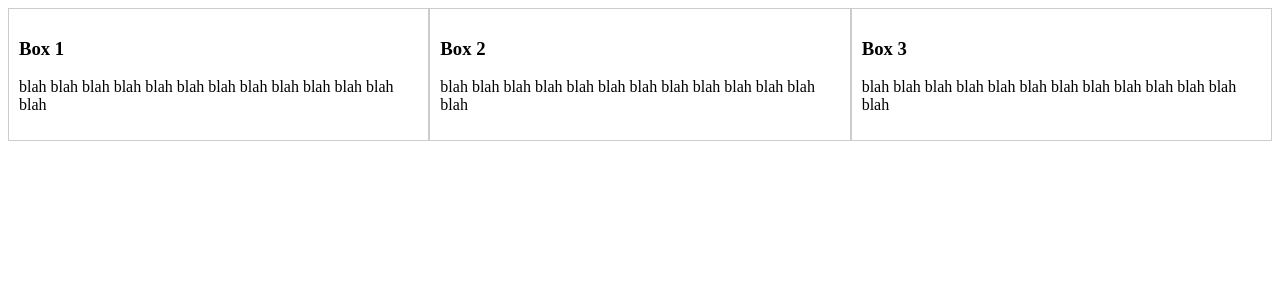
Repository: SHH17HX0r/final-project-10-20
Page: Tom Prigg Dev Portofolio/flex.html
An editor plug-in stored every save of this project. The page is shown before and after the next save, followed by the edit.
The browser window is 1280 px wide. The pictures show the whole page.

Above is the page before, as saved 2020-11-17 00:59:52.

### Tom Prigg Dev Portofolio/flex.html
<!-- This is just a code section for me to refer back to some Flexbox snippets.  -->
<!DOCTYPE html>
<html lang="en">
  <head>
    <meta charset="UTF-8" />
    <meta name="viewport" content="width=device-width, initial-scale=1.0" />
    <title>Flexbox Snippets</title>

    <style>
      .container-1 {
        display: flex;
      }
      .container-1 div {
        border: 1px #ccc solid;
        padding: 10px;
      }
      .box-1 {
        flex: 1;
      }
      .box-2 {
        flex: 1;
      }
      .box-3 {
        flex: 1;
      }
    </style>
  </head>
  <body>
    <div class="container-1">
      <div class="box-1">
        <h3>Box 1</h3>
        <p>blah blah blah blah blah blah blah blah blah blah blah blah blah</p>
      </div>
      <div class="box-2">
        <h3>Box 2</h3>
        <p>blah blah blah blah blah blah blah blah blah blah blah blah blah</p>
      </div>
      <div class="box-3">
        <h3>Box 3</h3>
        <p>blah blah blah blah blah blah blah blah blah blah blah blah blah</p>
      </div>
    </div>
  </body>
</html>

After the next save:
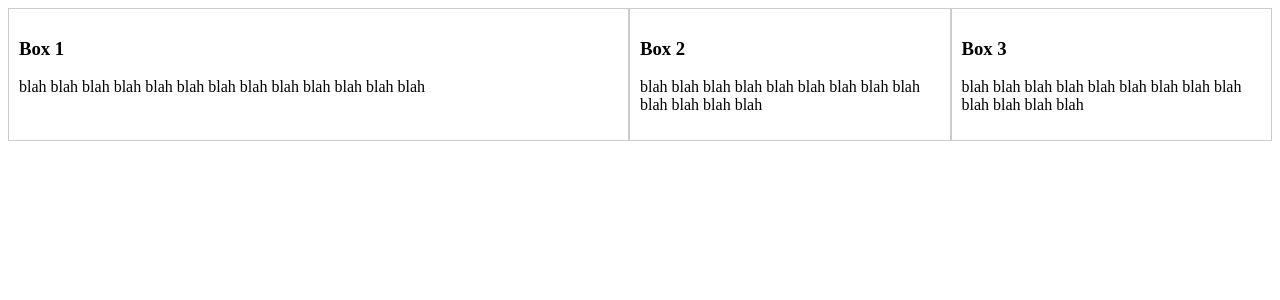
Saved 26 s later.
--- a/Tom Prigg Dev Portofolio/flex.html
+++ b/Tom Prigg Dev Portofolio/flex.html
@@ -15,7 +15,7 @@
         padding: 10px;
       }
       .box-1 {
-        flex: 1;
+        flex: 2;
       }
       .box-2 {
         flex: 1;
